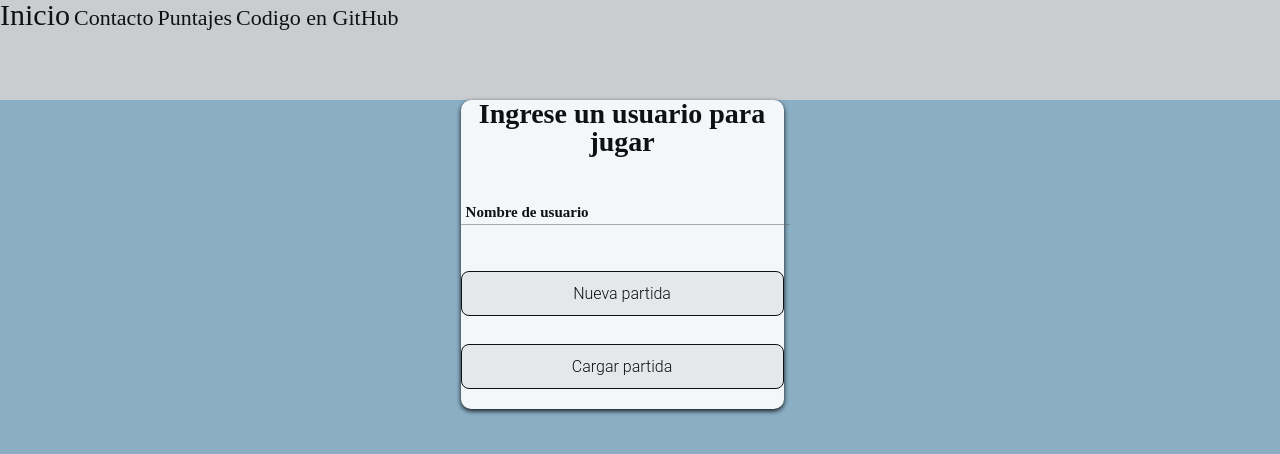
Repository: FacundoKinderknecht/FacundoKinderknecht_Wordle_Game_LPPA
Page: index.html
These files come from the project's save history. The page is drawn as it stood at one moment and after the next save; the edit follows.
The browser window is 1280 px wide. The pictures show the whole page.

Above is the page before, as saved 2023-08-08 02:50:55.

After the next save:
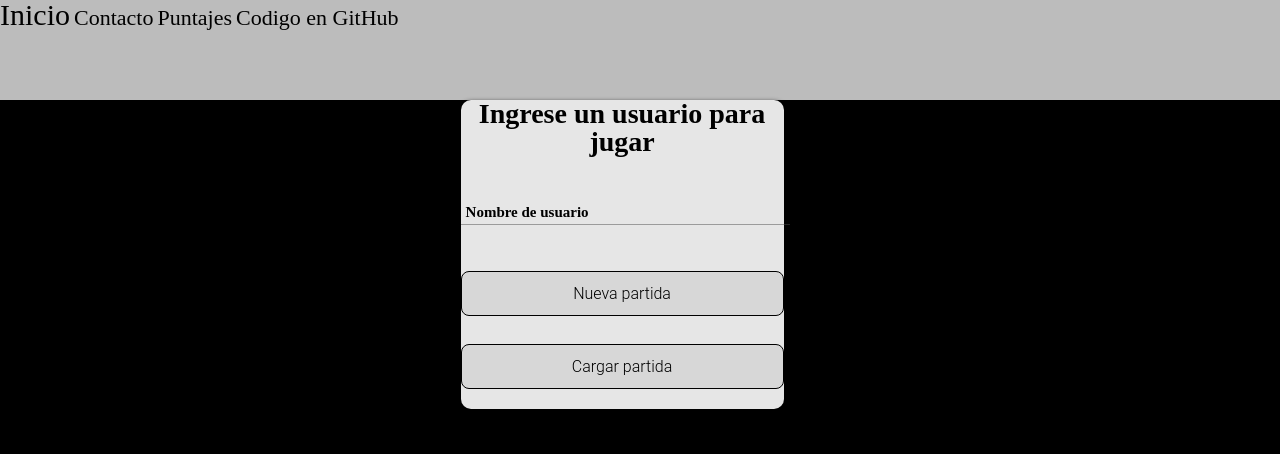
Saved 58 s later.
--- a/css/styles.css
+++ b/css/styles.css
@@ -1,6 +1,6 @@
 body{
     font-family: Arial, Helvetica, sans-serif;
-    background-color: #8aafc5;
+    background-color: black;
     opacity: 0.9;
     display:flex;
     flex-direction: column;
